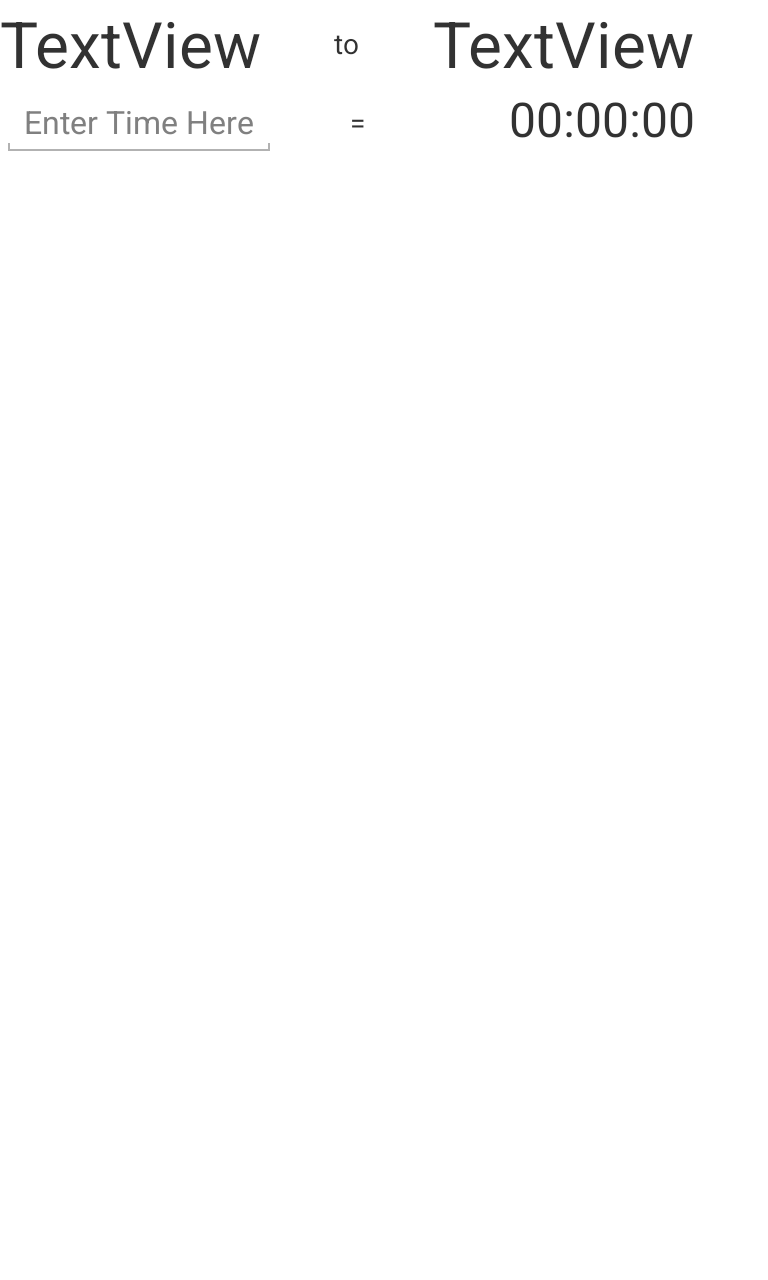
Repository: downinew/AndroidCoachesRaceTimer
Layout: CoachesRaceTimer/res/layout/convert_dialog.xml
The author's editor kept a copy of each file at every save. The layout is drawn from the files as they stood at one save, then again after the next save.
It is drawn on a 768 x 1280 px phone screen (xhdpi) without system bars, with theme AppTheme; the app's code is not run.

Above is the layout before, as saved 2015-02-19 02:27:48.

### CoachesRaceTimer/res/layout/convert_dialog.xml
<?xml version="1.0" encoding="utf-8"?>
<LinearLayout xmlns:android="http://schemas.android.com/apk/res/android"
    android:layout_width="match_parent"
    android:layout_height="match_parent"
    android:orientation="vertical" >

    <LinearLayout
        android:layout_width="match_parent"
        android:layout_height="wrap_content"
        android:orientation="horizontal">

        <TextView
            android:id="@+id/convertItem1"
            android:layout_width="wrap_content"
            android:layout_gravity="start"
            android:layout_weight="1"
            android:textSize="32sp"
            android:layout_height="wrap_content"
            android:text="TextView" />

        <TextView
            android:id="@+id/toText"
            android:layout_width="wrap_content"
            android:layout_weight="1"
            android:layout_gravity="center"
            android:layout_height="wrap_content"
            android:text="to" />

        <TextView
            android:id="@+id/convertItem2"
            android:layout_width="wrap_content"
            android:layout_gravity="end"
            android:layout_weight="1"
            android:textSize="32sp"
            android:layout_height="wrap_content"
            android:text="TextView" />

    </LinearLayout>
    <LinearLayout
        android:layout_width="match_parent"
        android:layout_height="wrap_content"
        android:orientation="horizontal">

        <EditText
            android:id="@+id/convertTime1"
            android:layout_width="wrap_content"
            android:layout_height="wrap_content"
            android:layout_gravity="start"
            android:hint="Enter Time Here"
            android:textSize="16sp" />

        <TextView
            android:id="@+id/equalText"
            android:layout_width="wrap_content"
            android:layout_height="wrap_content"
            android:gravity="center"
            android:layout_gravity="center"
            android:layout_weight="1"
            android:text="=" />

        <TextView
            android:id="@+id/convertTime2"
            android:layout_width="wrap_content"
            android:layout_height="wrap_content"
            android:gravity="center"
            android:text="00:00:00"
            android:layout_weight="1"
            android:textSize="24sp" />

    </LinearLayout>




</LinearLayout>

Loaded but not shown: CoachesRaceTimer/res/values/styles.xml (common file); CoachesRaceTimer/res/values-v11/styles.xml (common file); CoachesRaceTimer/res/values-v14/styles.xml (common file)

After the next save:
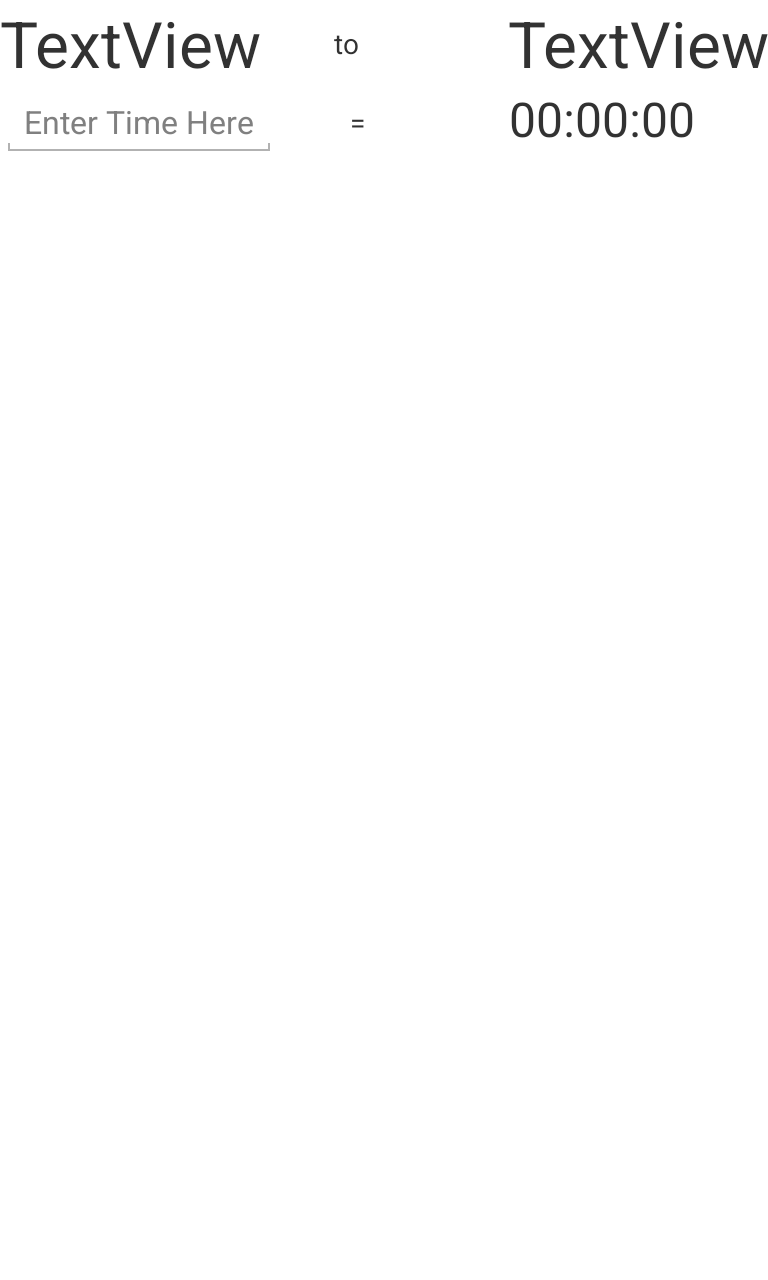
Saved 24 s later.
--- a/CoachesRaceTimer/res/layout/convert_dialog.xml
+++ b/CoachesRaceTimer/res/layout/convert_dialog.xml
@@ -31,6 +31,7 @@
             android:layout_width="wrap_content"
             android:layout_gravity="end"
             android:layout_weight="1"
+            android:gravity="right"
             android:textSize="32sp"
             android:layout_height="wrap_content"
             android:text="TextView" />
